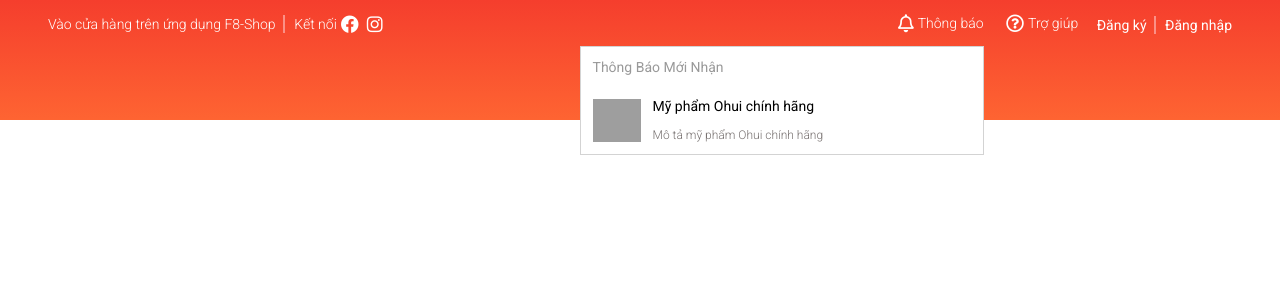
Repository: vanntrong/F8-Shop
Page: index.html
The author's editor kept a copy of each file at every save. The page is drawn from the files as they stood at one save, then again after the next save.
The browser window is 1280 px wide. The pictures show the whole page.
Pictures or frames that could not be fetched are drawn as grey boxes.

Above is the page before, as saved 2021-09-01 18:15:36.

### index.html
<!DOCTYPE html>
<html lang="en">
  <head>
    <meta charset="UTF-8" />
    <meta http-equiv="X-UA-Compatible" content="IE=edge" />
    <meta name="viewport" content="width=device-width, initial-scale=1.0" />
    <title>Document</title>
    <link rel="stylesheet" href="./assets/css/reset.css" />
    <link rel="stylesheet" href="./assets/css/base.css" />
    <link rel="stylesheet" href="./assets/css/main.css" />
    <link href="https://fonts.googleapis.com/css2?family=Roboto:wght@300;400;500;700&display=swap" rel="stylesheet" />
    <link
      rel="stylesheet"
      href="./assets/fonts/fontawesome-free-5.15.4-web/fontawesome-free-5.15.4-web/css/all.min.css"
    />
  </head>
  <body>
    <div class="app">
      <header class="header">
        <div class="grid">
          <nav class="header__navbar">
            <ul class="header__navbar-list">
              <li class="header__navbar-item header__navbar-item--has-qr header__navbar-item--separate">
                Vào cửa hàng trên ứng dụng F8-Shop
                <div class="header__qr">
                  <img src="./assets/img/QR_code.png" alt="QR code" class="header__qr-img" />
                  <div class="header__qr-apps">
                    <a href="" class="header__qr-link">
                      <img src="./assets/img/google_play.png" alt="GooglePlay" class="header__qr-download-img" />
                    </a>
                    <a href="" class="header__qr-link">
                      <img src="./assets/img/app_store.png" alt="AppStore" class="header__qr-download-img" />
                    </a>
                  </div>
                </div>
              </li>
              <li class="header__navbar-item">
                <span class="header__navbar-item--no-pointer"> Kết nối </span>
                <a href="#" class="header__navbar-icon-link">
                  <i class="header__navbar-icon fab fa-facebook"></i>
                </a>
                <a href="#" class="header__navbar-icon-link">
                  <i class="header__navbar-icon fab fab fa-instagram"></i>
                </a>
              </li>
            </ul>

            <ul class="header__navbar-list">
              <li class="header__navbar-item">
                <a href="#" class="header__navbar-item-link">
                  <i class="header__navbar-icon far fa-bell"></i>
                  Thông báo
                </a>
                <div class="header__notify">
                  <header class="header__notify-header">
                    <h3>Thông Báo Mới Nhận</h3>
                  </header>
                  <ul class="header__notify-list">
                    <li class="header__notify-item">
                      <a href="#" class="header__notify-link">
                        <img
                          src="https://cf.shopee.vn/file/70488a103a5ecdbf5889822acd19ef14"
                          alt=""
                          class="header__notify-img"
                        />
                        <div class="header__notify-info">
                          <span class="header__notify-name"> Mỹ phẩm Ohui chính hãng </span>
                          <span class="header__notify-desc"> Mô tả mỹ phẩm Ohui chính hãng </span>
                        </div>
                      </a>
                    </li>
                  </ul>
                </div>
              </li>
              <li class="header__navbar-item">
                <a href="#" class="header__navbar-item-link">
                  <i class="header__navbar-icon far fa-question-circle"></i>
                  Trợ giúp
                </a>
              </li>
              <li class="header__navbar-item header__navbar-item--strong header__navbar-item--separate">Đăng ký</li>
              <li class="header__navbar-item header__navbar-item--strong">Đăng nhập</li>
            </ul>
          </nav>
        </div>
      </header>

      <div class="container"></div>

      <footer class="footer"></footer>
    </div>
  </body>
</html>

### assets/css/base.css
:root {
  --white-color: #fff;
  --black-color: #000;
  --text-color: #333;
}

* {
  box-sizing: inherit;
}

html {
  font-size: 62.5%;
  line-height: 1.6rem;
  font-family: "Roboto", sans-serif;
  box-sizing: border-box;
}

.grid {
  width: 1200px;
  max-width: 100%;
  margin: 0 auto;
}

.grid__full-width {
  width: 100%;
}

.grid__row {
  display: flex;
  flex-wrap: wrap;
}

/* animation */
@keyframes faceIn {
  from {
    opacity: 0;
  }
  to {
    opacity: 1;
  }
}

### assets/css/main.css
.header {
  height: 12rem;
  background-image: linear-gradient(0, #fe6432, #f53e2d);
}

.header__navbar {
  display: flex;
  align-items: center;
  justify-content: space-between;
}

.header__navbar-list {
  list-style: none;
}

.header__navbar-item {
  min-height: 2.6rem;
  margin: 1rem 0.8rem 0;
  position: relative;
}

.header__navbar-item,
.header__navbar-item-link {
  display: inline-block;
  font-size: 1.4rem;
  color: var(--white-color);
  text-decoration: none;
  font-weight: 300;
}

.header__navbar-item,
.header__navbar-item-link,
.header__navbar-icon-link {
  display: inline-flex;
  align-items: center;
}

.header__navbar-item:hover,
.header__navbar-icon-link:hover,
.header__navbar-item-link:hover {
  cursor: pointer;
  color: rgba(255, 255, 255, 0.7);
}

.header__navbar-item--strong {
  font-weight: 400;
}

.header__navbar-item--separate::after {
  content: "";
  display: block;
  position: absolute;
  border: 1px solid #fb9086;
  height: 1.6rem;
  right: -0.9rem;
  top: 50%;
  transform: translateY(-50%);
}

.header__navbar-icon-link {
  color: var(--white-color);
  text-decoration: none;
}

.header__navbar-icon {
  font-size: 1.8rem;
  margin: 0 0.4rem;
}

.header__navbar-item--no-pointer {
  cursor: text;
  color: var(--white-color);
}

/* header QR code */
.header__qr {
  width: 18.6rem;
  background-color: var(--white-color);
  position: absolute;
  left: 0;
  top: 140%;
  border-radius: 2px;
  display: none;
  animation: faceIn ease-in 0.25s;
}

.header__qr::before {
  position: absolute;
  left: 0;
  top: -1.6rem;
  width: 100%;
  height: 2rem;
  content: "";
  display: block;
}

.header__navbar-item--has-qr:hover .header__qr {
  display: block;
}
.header__qr-img {
  width: 100%;
}
.header__qr-apps {
  display: flex;
  justify-content: space-between;
  flex-wrap: wrap;
  margin: 0 1rem;
}
.header__qr-download-img {
  height: 1.6rem;
}

/* header notification */
.header__notify {
  position: absolute;
  top: 140%;
  right: 0;
  width: 40.4rem;
  border: 1px solid #d3d3d3;
  background-color: var(--white-color);
}
.header__notify-header {
  height: 4rem;
  background-color: var(--white-color);
}
.header__notify-header h3 {
  color: #999;
  margin: 0 0 0 12px;
  font-weight: 400;
  font-size: 1.4rem;
  line-height: 40px;
}
.header__notify-list {
  padding-left: 0;
}
.header__notify-item {
}
.header__notify-link {
  display: flex;
  padding: 12px;
  text-decoration: none;
}
.header__notify-img {
  width: 48px;
}
.header__notify-info {
  margin-left: 12px;
}
.header__notify-name {
  display: block;
  font-size: 1.4rem;
  color: var(--black-color);
  font-weight: 400;
}
.header__notify-desc {
  margin-top: 15px;
  display: block;
  font-size: 1.2rem;
  line-height: 1.4rem;
  color: #756f6e;
}

Loaded but not shown: assets/css/reset.css (common file); assets/fonts/fontawesome-free-5.15.4-web/fontawesome-free-5.15.4-web/css/all.min.css (library)

After the next save:
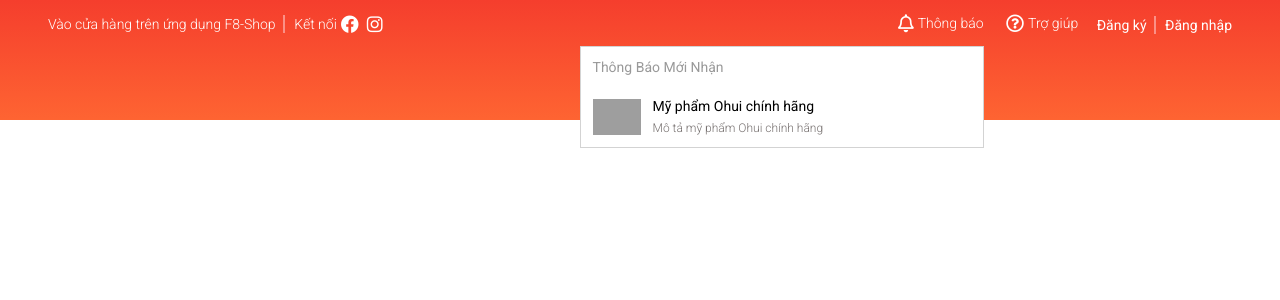
Saved 54 s later.
--- a/assets/css/main.css
+++ b/assets/css/main.css
@@ -153,7 +153,7 @@
   font-weight: 400;
 }
 .header__notify-desc {
-  margin-top: 15px;
+  margin-top: 8px;
   display: block;
   font-size: 1.2rem;
   line-height: 1.4rem;
